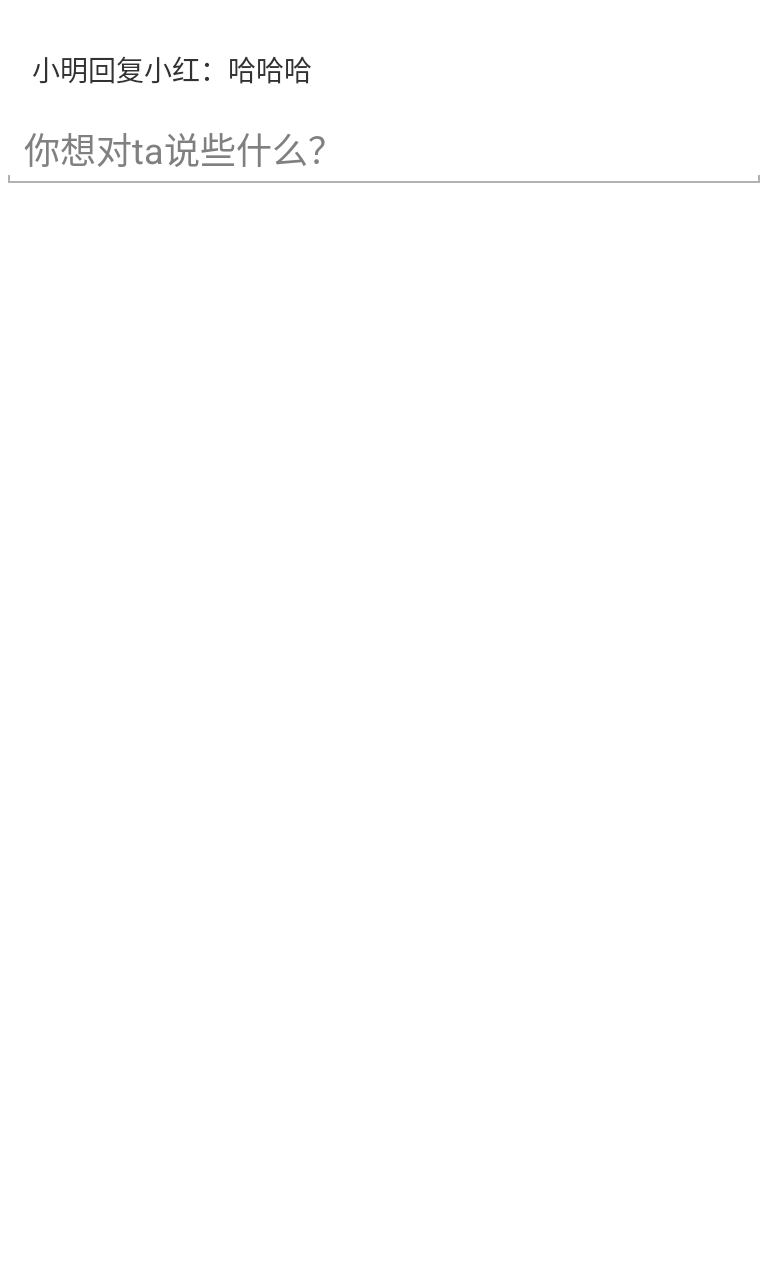
Repository: fatio/Nower
Layout: Android_Client_Source/EnjoyIt/res/layout/comment_dialog.xml
An editor plug-in stored every save of this project. The layout is shown before and after the next save, followed by the edit.
It is drawn on a 768 x 1280 px phone screen (xhdpi) without system bars, with theme AppTheme; the app's code is not run.

Above is the layout before, as saved 2015-12-28 01:06:50.

After the next save:
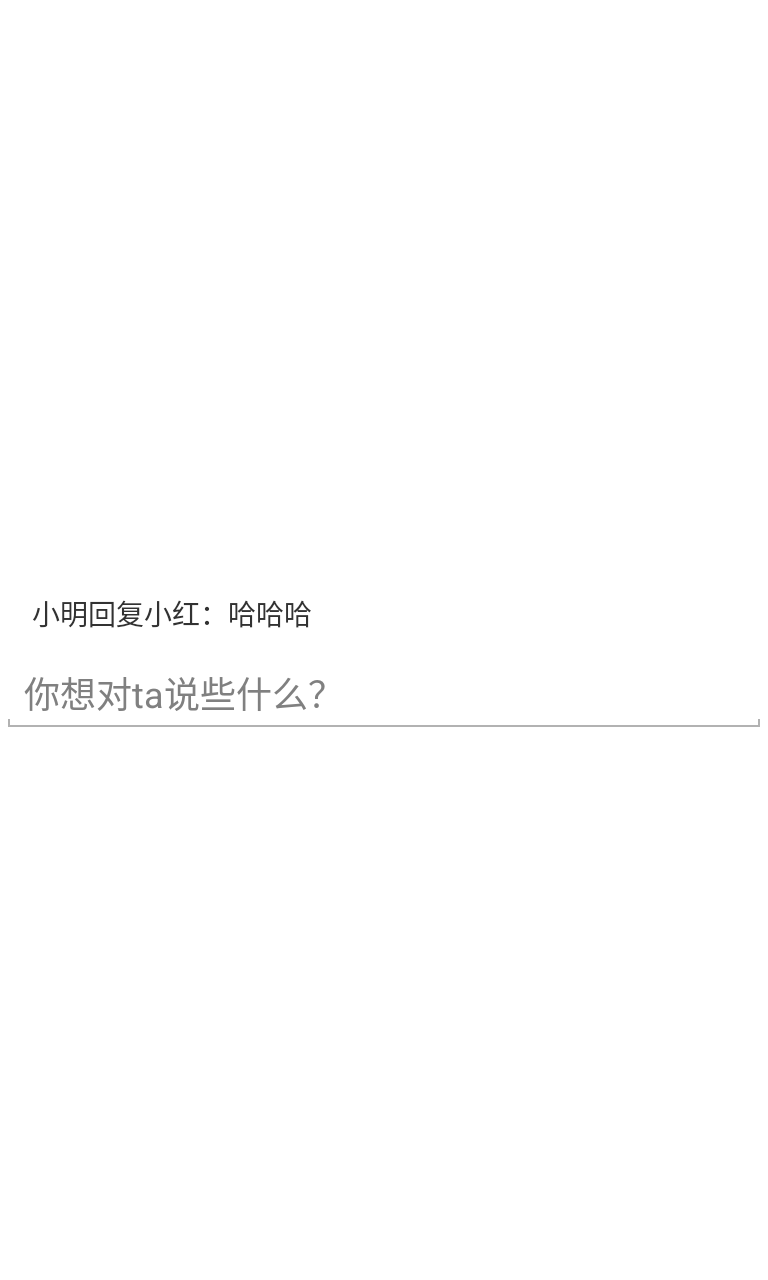
Saved 36 s later.
--- a/Android_Client_Source/EnjoyIt/res/layout/comment_dialog.xml
+++ b/Android_Client_Source/EnjoyIt/res/layout/comment_dialog.xml
@@ -2,9 +2,11 @@
 <LinearLayout xmlns:android="http://schemas.android.com/apk/res/android"
     android:layout_width="wrap_content"
     android:layout_height="wrap_content"
-    android:orientation="vertical" >
+    android:orientation="vertical"
+    android:gravity="center" >
 
     <TextView
+        android:id="@+id/tv_text"
         android:layout_width="match_parent"
         android:layout_height="wrap_content"
         android:layout_marginBottom="9dp"
